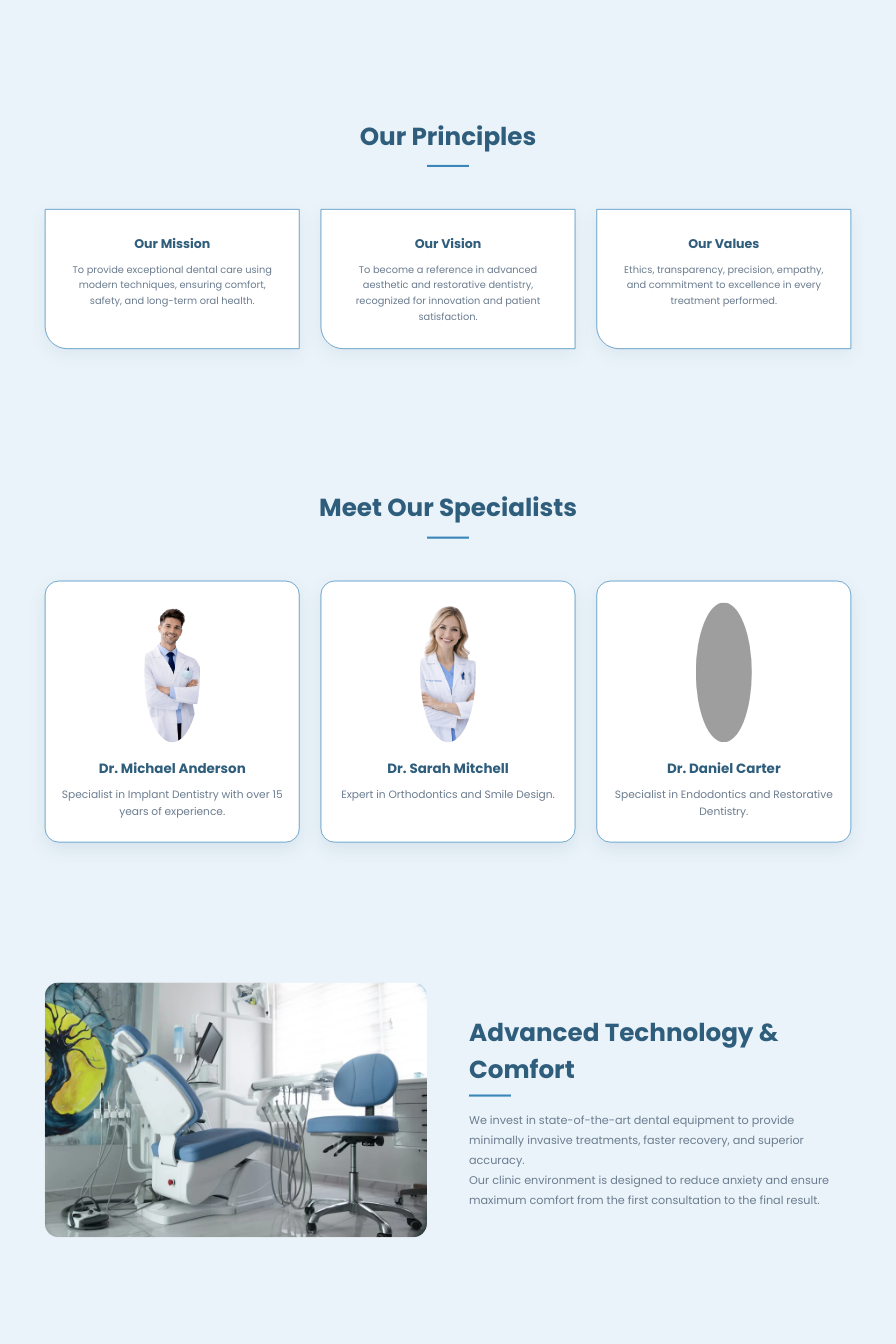
Repository: davidfsillva/OdontoPrime
Page: about.html
An editor plug-in stored every save of this project. The page is shown before and after the next save, followed by the edit.
The browser window is 1280 px wide. The pictures show the part of the page from y = 981 to 2901 px (the page is 3411 px tall), at 70% of full size.
Pictures or frames that could not be fetched are drawn as grey boxes. A picture or video elsewhere on the page could not be fetched, so the positions and the page height are approximate.

Above is the page before, as saved 2026-02-16 22:58:11.

### about.html
<!DOCTYPE html>
<html lang="en">
<head>
<meta charset="UTF-8">
<meta name="viewport" content="width=device-width, initial-scale=1.0">
<title>About - OdontoPrime Excellence</title>

<link rel="stylesheet" href="style.css">
<link href="https://fonts.googleapis.com/css2?family=Poppins:wght@300;400;600;700&display=swap" rel="stylesheet">
</head>


<body>

<!-- HEADER -->
<header>
    <div class="container nav-container">
        <div class="logo">OdontoPrime</div>

        <nav id="nav">
            <a href="index.html">Home</a>
            <a href="about.html" class="active">About</a>
            <a href="services.html">Services</a>
            <a href="contact.html">Contact</a>
        </nav>

        <div class="menu-toggle" onclick="toggleMenu()">☰</div>
    </div>
</header>

<!-- HERO ABOUT -->
<section class="hero hero-about">
    <div class="container hero-content">
        <div class="hero-text">
            <h1>About OdontoPrime Excellence</h1>
            <p>
                Dedicated to delivering advanced dental care with precision,
                innovation, and a patient-centered approach.
            </p>
        </div>
    </div>
</section>

<!-- OUR STORY -->
<section class="about-preview">
    <div class="container about-grid">
        <div class="about-text">
            <h2>Our Story</h2>
            <p>
                Founded over a decade ago, OdontoPrime Excellence was created with a clear mission:
                to redefine modern dentistry through innovation, comfort, and excellence.
                Our clinic combines advanced technology with a humanized approach,
                ensuring each patient receives personalized and comprehensive care.
            </p>

            <p>
                Over the years, we have built a reputation for delivering long-lasting results,
                aesthetic precision, and preventive solutions that promote complete oral health.
            </p>
        </div>

        <div class="about-image">
            <img src="img/clinic-interior.webp" alt="Dental clinic interior">
        </div>
    </div>
</section>

<!-- MISSION VISION VALUES -->
<section class="departments">
    <div class="container">
        <h2>Our Principles</h2>

        <div class="dept-grid">

            <div class="card">
                <h3>Our Mission</h3>
                <p>
                    To provide exceptional dental care using modern techniques,
                    ensuring comfort, safety, and long-term oral health.
                </p>
            </div>

            <div class="card">
                <h3>Our Vision</h3>
                <p>
                    To become a reference in advanced aesthetic and restorative dentistry,
                    recognized for innovation and patient satisfaction.
                </p>
            </div>

            <div class="card">
                <h3>Our Values</h3>
                <p>
                    Ethics, transparency, precision, empathy, and commitment
                    to excellence in every treatment performed.
                </p>
            </div>

        </div>
    </div>
</section>

<!-- OUR TEAM -->
<section class="departments about-cards">
    <div class="container">
        <h2>Meet Our Specialists</h2>

        <div class="dept-grid">

            <div class="card">
                <img src="img/dr - Copia.png" alt="Lead dentist">
                <h3>Dr. Michael Anderson</h3>
                <p>Specialist in Implant Dentistry with over 15 years of experience.</p>
            </div>

            <div class="card">
                <img src="img/sara.png" alt="Orthodontist">
                <h3>Dr. Sarah Mitchell</h3>
                <p>Expert in Orthodontics and Smile Design.</p>
            </div>

            <div class="card">
                <img src="img/dentist3.webp" alt="Endodontist">
                <h3>Dr. Daniel Carter</h3>
                <p>Specialist in Endodontics and Restorative Dentistry.</p>
            </div>

        </div>
    </div>
</section>

<!-- WHY CHOOSE US EXTENDED -->
<section class="about-preview">
    <div class="container about-grid">

        <div class="about-image">
            <img src="img/photo.webp" alt="Dental technology">
        </div>

        <div class="about-text">
            <h2>Advanced Technology & Comfort</h2>
            <p>
                We invest in state-of-the-art dental equipment to provide
                minimally invasive treatments, faster recovery, and superior accuracy.
            </p>

            <p>
                Our clinic environment is designed to reduce anxiety and ensure
                maximum comfort from the first consultation to the final result.
            </p>
        </div>

    </div>
</section>

<!-- CALL TO ACTION -->
<section class="departments">
    <div class="container" style="text-align:center;">
        <h2>Ready to Transform Your Smile?</h2>
        <p style="max-width:600px; margin:20px auto; color:var(--text-medium);">
            Schedule your consultation today and discover a new standard of dental excellence.
        </p>

        <a href="contact.html" class="btn-view">Book Your Consultation</a>
    </div>
</section>

<!-- FOOTER -->
<footer>
    <p>© 2026 OdontoPrime - All Rights Reserved</p>
</footer>


<!-- BOTÃO VOLTAR AO TOPO -->
<a href="#" class="back-to-top" id="backToTop">↑</a>

<script src="script.js"></script>


</body>
</html>

### style.css
:root{

    --primary-blue: #2F5D7C;
    --secondary-blue: #4F7FA3;
    --accent-blue: #3A86B9;

    --bg-light: #EAF3F9;
    --white: #FFFFFF;
    --off-white: #E6EEF5;

    --text-dark: #2E3A46;
    --text-medium: #6B7C8F;

    --hero-gradient-start: rgba(47, 93, 124, 0.95);
    --hero-gradient-end: rgba(79, 127, 163, 0.85);

    --shadow-soft: 0 5px 20px rgba(47, 93, 124, 0.08);
}

*{
    margin:0;
    padding:0;
    box-sizing:border-box;
    font-family:'Poppins', sans-serif;
}

body{
    background:var(--bg-light);
    color:var(--text-dark);
}

.container{
    width:90%;
    max-width:1200px;
    margin:auto;
}

/* HEADER */

nav{
    display:flex;
    align-items:center;
}

header{
    position:absolute;
    width:100%;
    padding:25px 0;
    z-index:1000;
    background:transparent;
}

.nav-container{
    display:flex;
    justify-content:space-between;
    align-items:center;
}

.logo{
    font-weight:700;
    font-size:1.9rem;
    color:var(--white);
    text-shadow: 0 3px 8px rgba(0, 0, 0, 0.5);
}

nav a{
    margin-left:25px;
    text-decoration:none;
    color:var(--white);
    font-weight:500;
    transition:0.3s;
}

nav a:hover{
    color:var(--accent-blue);
}

.menu-toggle{
    display:none;
    font-size:24px;
    cursor:pointer;
    color:var(--white);
}

nav a.active{
    color: var(--accent-blue);
    font-weight: 600;
    position: relative;
}

/* HERO */

.hero{
    min-height:100vh;
    display:flex;
    align-items:center;
    background:
    linear-gradient(to right,
    rgba(79, 127, 163, 0.438),
    rgba(58, 134, 185, 0.048)),
    url('img/hero.webp') center/cover no-repeat;
    color:var(--white);
    padding:0 0;
    position:relative;
}

.hero-content{
    width:100%;
}

.hero-text{
    max-width:600px;
}

.hero h1{
    font-size:2.8rem;
    margin-bottom:20px;
    font-weight:700;
    line-height:1.2;
    text-shadow: 0 3px 8px rgba(0, 0, 0, 0.5);
}

.hero p{
    margin-bottom:25px;
    max-width:500px;
    font-size:16px;
    line-height:1.6;
    color:var(--white);
    text-shadow: 0 3px 8px rgba(0, 0, 0, 0.5);
}

.hero-about{
    background: var(--primary-blue);
    min-height: 60vh;
}


/* HERO STATS */

.hero-stats{
    position:absolute;
    bottom:0px;
    left:60%;
    transform:translateX(-50%);
    width:90%;
    max-width:1100px;
    display:grid;
    grid-template-columns:repeat(auto-fit, minmax(180px,1fr));
    gap:20px;
    padding:25px 40px;
    background:rgba(255,255,255,0.15);
    backdrop-filter:blur(15px);
    -webkit-backdrop-filter:blur(15px);
    border-radius:20px 0px 0px 0px;
    border:1px solid rgba(255,255,255,0.2);
}

.stat-item{
    text-align:center;
    color:var(--white);
}

.stat-item h2{
    font-size:2rem;
    font-weight:700;
}

.stat-item p{
    font-size:0.9rem;
    opacity:0.9;
}

/* BUTTONS */

.btn{
    padding:14px 30px;
    background:var(--white);
    border:none;
    color:var(--primary-blue);
    font-weight:600;
    border-radius:30px;
    cursor:pointer;
    transition:0.3s;
}

.btn:hover{
    background:var(--accent-blue);
    color:var(--white);
    transform:translateY(-3px);
}

.btn-view {
    padding:14px 30px;
    background:var(--accent-blue);
    border:none;
    color:var(--white);
    font-weight:600;
    border-radius:30px;
    cursor:pointer;
    transition:0.3s;
    text-decoration: none;
    text-align: center;
    display: block;
    width: fit-content;
    margin:40px auto 0;
}

.btn-view:hover {
    transform: translateY(-5px);
    box-shadow: 0 15px 30px rgba(0,0,0,0.2);
}

/* ABOUT */
.about-image{
    position:relative;
    overflow:hidden;
}


.about-preview{
    padding:100px 0;
}

.about-grid{
    display:grid;
    grid-template-columns:1fr 1fr;
    gap:60px;
    align-items:center;
}

.about-text h2{
    font-size:2.2rem;
    color:var(--primary-blue);
    margin-bottom:20px;
    position:relative;
}

.about-text h2::after{
    content:"";
    width:60px;
    height:3px;
    background:var(--accent-blue);
    display:block;
    margin-top:10px;
}

.about-text p{
    font-size:16px;
    line-height:1.8;
    color:var(--text-medium);
}

.about-grid img:not(.lead-dentist){
    width:100%;
    border-radius:20px;
}

.lead-dentist {
    border-radius: 30px; /* cantos arredondados */
    width: 60%;
    height: auto;
    margin: 0 auto;
    box-shadow: 0 8px 20px rgba(0,0,0,0.2); /* opcional: sombra suave */
    display: flex;
    justify-content: center; /* centraliza horizontalmente */
    align-items: center;     /* centraliza verticalmente se tiver altura */
}

/* DEPARTMENTS */

.departments{
    padding:100px 0;
}

.departments h2{
    text-align:center;
    font-size:2.2rem;
    color:var(--primary-blue);
    margin-bottom:60px;
    position:relative;
}

.departments h2::after{
    content:"";
    width:60px;
    height:3px;
    background:var(--accent-blue);
    display:block;
    margin:15px auto 0;
}

.dept-grid{
    display:grid;
    grid-template-columns: repeat(auto-fit, minmax(280px, 1fr));
    gap:30px;
}


.card {
    background:var(--white);
    padding:35px 25px;
    text-align:center;
    border-radius:18px;
    box-shadow:0 8px 25px rgba(47,93,124,0.08);
    transition:0.3s ease;


    border-radius: 0 0 0 32px;
    border:1px solid #3A86B9;

}

.why-card{
    border: none;
}


.card:hover{
    transform:translateY(-6px);
    box-shadow:0 15px 35px rgba(47,93,124,0.15);
}

.card img{
    width:60px;
    margin-bottom:15px;
}

.card h3{
    font-size:18px;
    margin-bottom:12px;
    color:var(--primary-blue);
}

.card p{
    font-size:14px;
    line-height:1.6;
    color:var(--text-medium);
}

/* WHY SECTION FULL IMAGE CARDS */

.why-card {
    position: relative;
    overflow: hidden;
    padding: 0;
    height: 350px;
    border-radius: 20px;
}

.why-card img {
    width: 100%;
    height: 100%;
    object-fit: cover;
    display: block;
}

.why-card .card-content {
    position: absolute;
    bottom: 0;
    width: 100%;
    padding: 25px;
    background: linear-gradient(
        to top,
        rgba(0,0,0,0.75),
        rgba(0,0,0,0.2)
    );
    color: var(--white);
}

.why-card h3 {
    margin-bottom: 8px;
    color: var(--white);
}

.why-card p {
    color: rgba(255,255,255,0.9);
    font-size: 14px;
}


/* WHY US */

.why-us{
    padding:100px 0;
    background:var(--white);
}

.why-us h2{
    text-align:center;
    font-size:2.2rem;
    margin-bottom:60px;
    color:var(--primary-blue);
    position:relative;
}

.why-us h2::after{
    content:"";
    width:60px;
    height:3px;
    background:var(--accent-blue);
    display:block;
    margin:15px auto 0;
}

.contact-grid{
    display:grid;
    grid-template-columns:1fr 1fr;
    gap:60px;
    align-items:start;
}

/* BOTÃO VOLTAR AO TOPO */
.back-to-top {
    position: fixed;       /* fixa na tela */
    bottom: 30px;          /* distância do rodapé */
    right: 30px;           /* distância da borda direita */
    background: var(--accent-blue);
    color: var(--white);
    padding: 12px 18px;
    border-radius: 50px;   /* deixa arredondado */
    text-decoration: none;
    font-weight: 600;
    font-size: 12px;
    box-shadow: 0 8px 20px rgba(0,0,0,0.2);
    transition: 0.3s;
    opacity: 0;            /* inicialmente invisível */
    pointer-events: none;  /* não clicável até aparecer */
    z-index: 1000;
}

.back-to-top:hover {
    background: var(--off-white);
    transform: translateY(-3px);
    color: black;
}

/* quando visível */
.back-to-top.show {
    opacity: 1;
    pointer-events: auto;
}

/* CARDS ESPECÍFICOS DA PÁGINA ABOUT */
.departments.about-cards .card {
    border-radius: 20px;       /* cantos arredondados diferentes */
    padding: 30px 20px;        /* ajuste do padding */
    box-shadow: 0 10px 25px rgba(47,93,124,0.1); /* sombra personalizada */
    transition: transform 0.3s ease, box-shadow 0.3s ease;
}

.departments.about-cards .card:hover {
    transform: translateY(-5px);
    box-shadow: 0 15px 35px rgba(47,93,124,0.2);
}

.departments.about-cards .card h3 {
    font-size: 1.2rem;
    color: var(--primary-blue);
}

.departments.about-cards .card p {
    font-size: 0.95rem;
    line-height: 1.6;
    color: var(--text-medium);
}

/* CARDS ABOUT - imagens maiores */
.departments.about-cards .card img {
    width: 80px;        /* aumenta a largura da imagem */
    height: 200px;       /* altura proporcional */
    object-fit: cover;  /* garante que a imagem preencha sem distorcer */
    border-radius: 50%; /* opcional: deixa a imagem redonda */
}





/* FOOTER */

footer{
    background:var(--primary-blue);
    color:var(--white);
    text-align:center;
    padding:30px;
    font-size:14px;
}

/* RESPONSIVE */

/* =========================
   RESPONSIVE
========================= */
@media (max-width: 768px) {

    /* NAVIGATION */
    nav {
        position: absolute;
        top: 80px;
        right: 0;
        background: var(--white);
        flex-direction: column;
        width: 200px;
        display: none;
        box-shadow: var(--shadow-soft);
    }

    nav a {
        padding: 15px;
        margin: 0;
        border-bottom: 1px solid var(--off-white);
        color: var(--text-dark);
    }

    nav.active {
        display: flex;
    }

    .menu-toggle {
        display: block;
    }

        /* HERO INTERNO (about, services, contact) */
    .hero-about,
    .hero-services,
    .hero-contact {
        min-height: 45vh;
        display: flex;
        align-items: center;
        justify-content: center;
        text-align: center;
        padding: 100px 20px 40px;
    }

    .hero-about h1,
    .hero-services h1,
    .hero-contact h1 {
        font-size: 1.6rem;
    }

    .hero-about p,
    .hero-services p,
    .hero-contact p {
        font-size: 0.95rem;
        max-width: 100%;
        margin: 0 auto;
    }

    /* ABOUT GRID */
    .about-grid {
        grid-template-columns: 1fr;
        gap: 30px;
        text-align: center;
    }

    .about-text h2 {
        font-size: 1.6rem;
    }

    /* DEPARTMENTS / SERVICES GRID */
    .dept-grid {
        grid-template-columns: 1fr;
        gap: 20px;
    }

    .card {
        padding: 25px 20px;
    }

    /* WHY SECTION */
    .why-us {
        padding: 70px 0;
    }

    .why-card {
        height: 280px;
    }

    /* CONTACT PAGE (caso tenha form grid) */
    .contact-grid {
        grid-template-columns: 1fr;
        gap: 30px;
    }

    .contact-form input,
    .contact-form textarea {
        width: 100%;
    }

    .hero {
        flex-direction: column;
        justify-content: center;
        align-items: center;
        text-align: center;
        padding: 20px 20px 0;
        background:
            linear-gradient(to top,
            rgba(47, 93, 124, 0.048),
            rgba(47, 93, 124, 0.2)),
            url('img/hero-mobile.webp') center/cover no-repeat;
    }



    .hero h1 {
        font-size: 1.8rem;
    }

    .hero p {
        max-width: 100%;
    }

        .hero-stats {
        left: 50%;
        transform: translateX(-50%);
        width: 95%;
        max-width: 100%;
        border-radius: 20px 20px 0 0;
        padding: 10px 12px 10px;
        gap: 1px;
        grid-template-columns: repeat(2, 1fr);
    }

    .stat-item h2 {
        font-size: 1.4rem;
    }

    .stat-item p {
        font-size: 0.75rem;
    }



}

### script.js
// TOGGLE MENU MOBILE
function toggleMenu() {
    document.getElementById("nav").classList.toggle("active");
}

// BOTÃO VOLTAR AO TOPO
const backToTopButton = document.getElementById('backToTop');

// Mostrar o botão quando a página for rolada 300px ou mais
window.addEventListener('scroll', () => {
    if (window.scrollY > 300) {
        backToTopButton.classList.add('show');
    } else {
        backToTopButton.classList.remove('show');
    }
});

// Rolar suavemente até o topo ao clicar
backToTopButton.addEventListener('click', (e) => {
    e.preventDefault();
    window.scrollTo({ top: 0, behavior: 'smooth' });
});

After the next save:
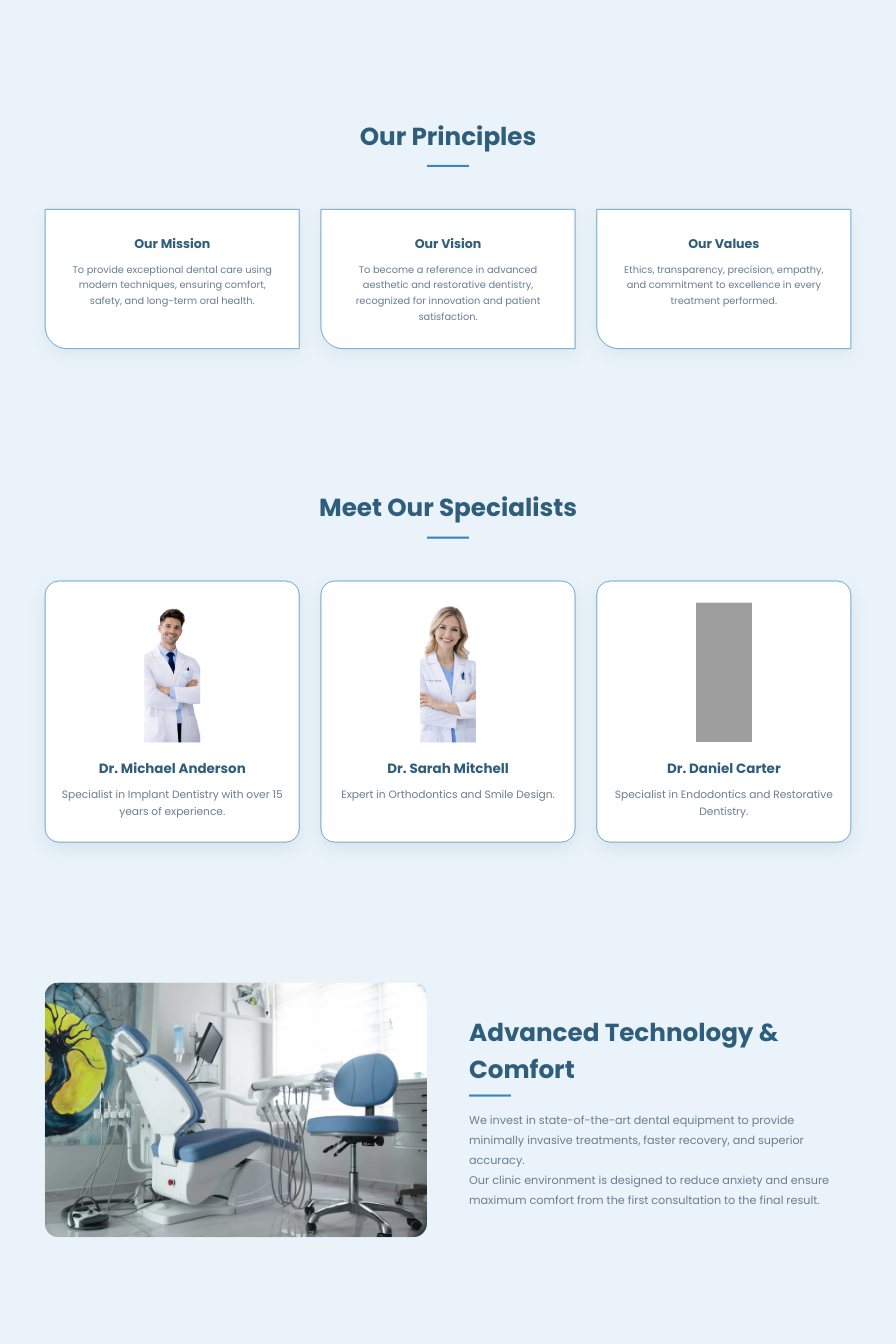
Saved 21 s later.
--- a/style.css
+++ b/style.css
@@ -469,7 +469,6 @@
     width: 80px;        /* aumenta a largura da imagem */
     height: 200px;       /* altura proporcional */
     object-fit: cover;  /* garante que a imagem preencha sem distorcer */
-    border-radius: 50%; /* opcional: deixa a imagem redonda */
 }
 
 

After the save that followed:
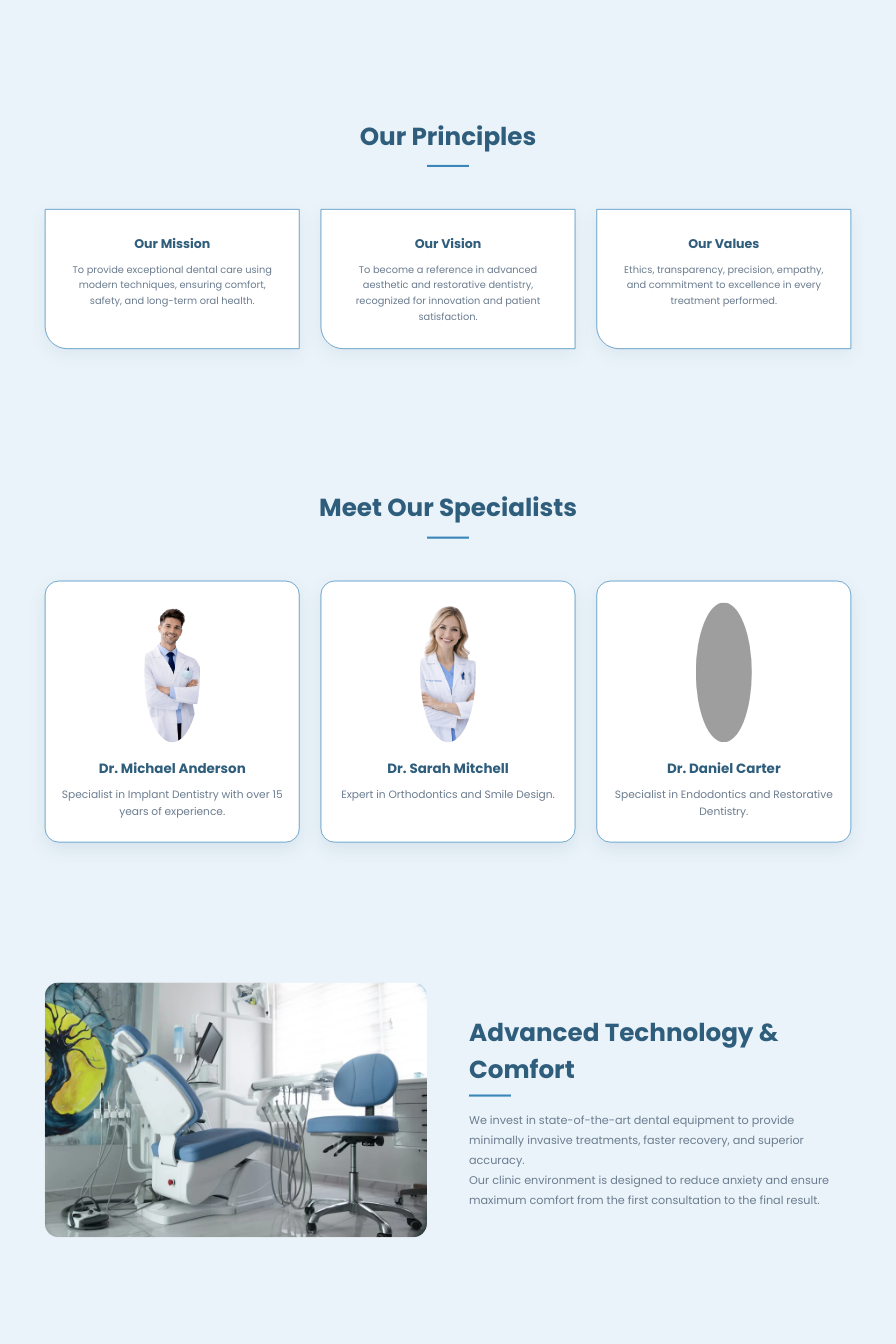
Saved 7 s later.
--- a/style.css
+++ b/style.css
@@ -469,6 +469,7 @@
     width: 80px;        /* aumenta a largura da imagem */
     height: 200px;       /* altura proporcional */
     object-fit: cover;  /* garante que a imagem preencha sem distorcer */
+    border-radius: 50%; /* opcional: deixa a imagem redonda */
 }
 
 
